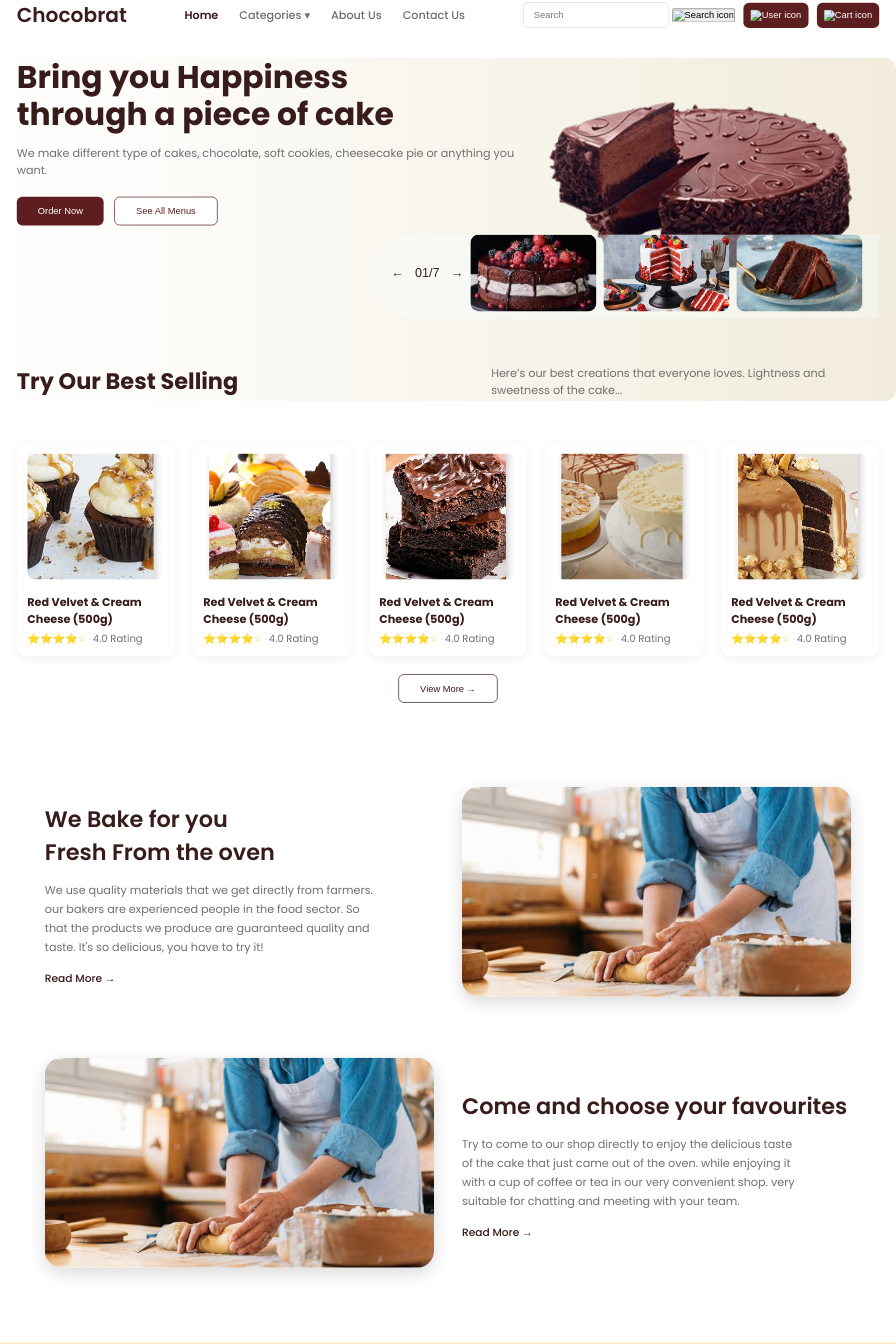
Repository: josegabrielzevallos/chocobrat-bakery-website
Page: index.html
An editor plug-in stored every save of this project. The page is shown before and after the next save, followed by the edit.
The browser window is 1280 px wide. The pictures show the part of the page from y = 0 to 1920 px (the page is 3087 px tall before and 3179 px after), at 70% of full size.

Above is the page before, as saved 2025-11-20 19:45:11.
Not found: asset/icons/ic-cart1.png
Not found: asset/icons/ic-search.png
Not found: asset/icons/ic-user.png

After the next save:
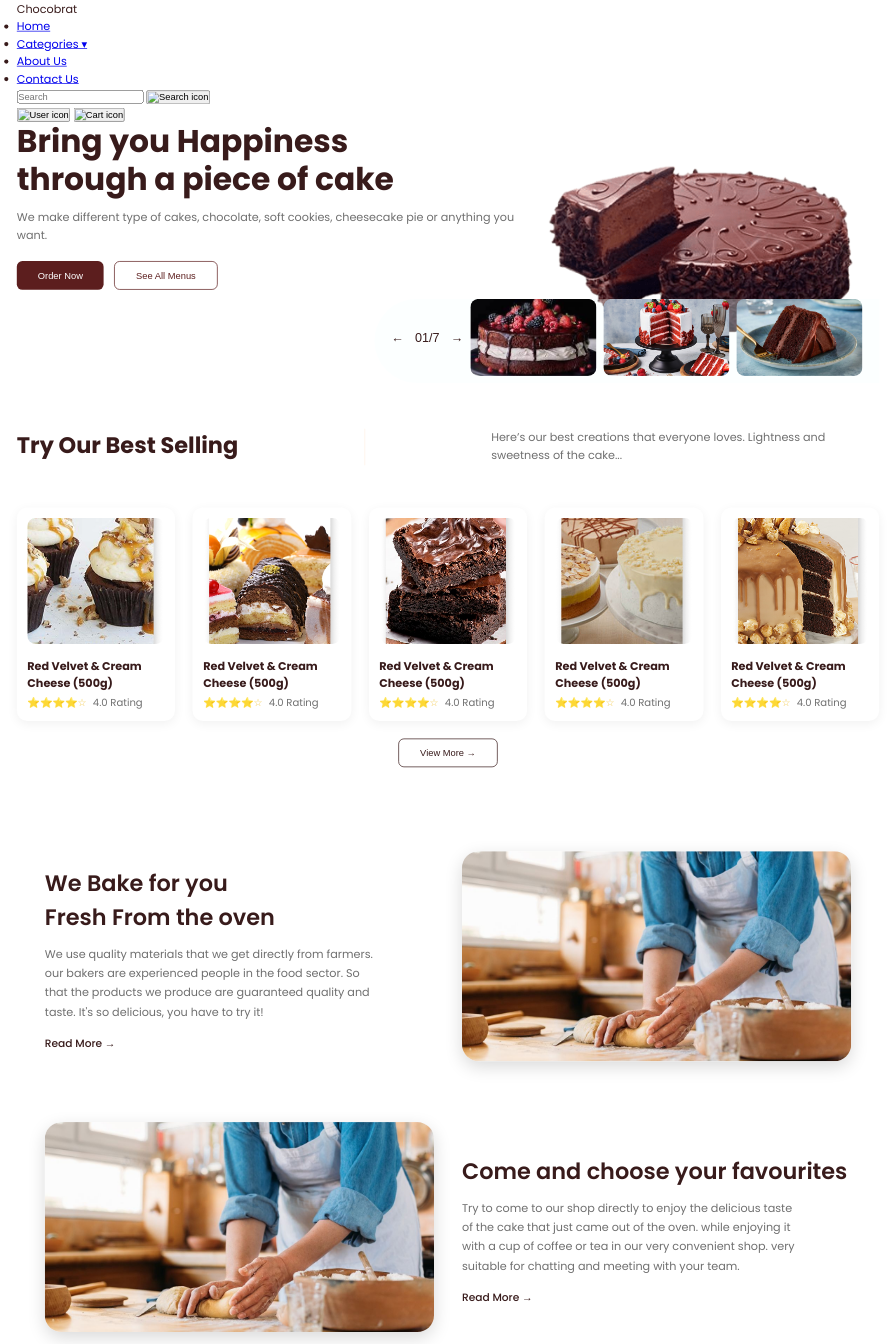
Saved 80 s later.
--- a/styles.css
+++ b/styles.css
@@ -18,60 +18,46 @@ body {
     padding: 0 24px;        /* padding uniforme sin empujar a la izquierda */
 }
 
-
-/* ===== NAVBAR ===== */
-header {
-    background: #FFF;
-    padding: 0px 0;
-}
-
-.navbar {
-    display: flex;
-    align-items: center;
-    justify-content: space-between;
-}
-
-.logo {
-    font-size: 1.8rem;
-    font-weight: 600;
-}
-
-.nav-links {
-    display: flex;
-    list-style: none;
-    gap: 30px;
-}
-
-.nav-links a {
-    text-decoration: none;
-    color: #6F6F6F;
-    font-weight: 500;
-}
-
-.nav-links .active {
-    color: #381B1B;
-    font-weight: 600;
-}
-
-.nav-actions {
-    display: flex;
-    align-items: center;
-    gap: 12px;
-}
-
-.search-box {
-    padding: 10px 15px;
-    border-radius: 8px;
-    border: 1px solid #ddd;
-}
-
-.icon-btn {
-    background: #5C1E1E;
-    color: #fff;
-    padding: 10px;
-    border-radius: 8px;
-    border: none;
-}
+<header>
+  <div class="container">
+    <nav class="navbar" aria-label="Primary navigation">
+      <!-- Logo -->
+      <div class="logo">Chocobrat</div>
+
+      <!-- Nav links -->
+      <ul class="nav-links">
+        <li><a href="#" class="active">Home</a></li>
+        <li><a href="#">Categories ▾</a></li>
+        <li><a href="#">About Us</a></li>
+        <li><a href="#">Contact Us</a></li>
+      </ul>
+
+      <!-- Search + icons -->
+      <div class="nav-actions">
+        <div class="search-wrapper">
+          <input
+            type="text"
+            class="search-box"
+            placeholder="Search"
+            aria-label="Search"
+          />
+          <button class="search-btn" aria-label="Search">
+            <img src="./asset/icons/ic-search.png" alt="Search icon" />
+          </button>
+        </div>
+
+        <button class="icon-btn" aria-label="User account">
+          <img src="./asset/icons/ic-user.png" alt="User icon" />
+        </button>
+
+        <button class="icon-btn" aria-label="Shopping cart">
+          <img src="./asset/icons/ic-cart1.png" alt="Cart icon" />
+        </button>
+      </div>
+    </nav>
+  </div>
+</header>
+
 
 /* ===== HERO ===== */
 .hero {
